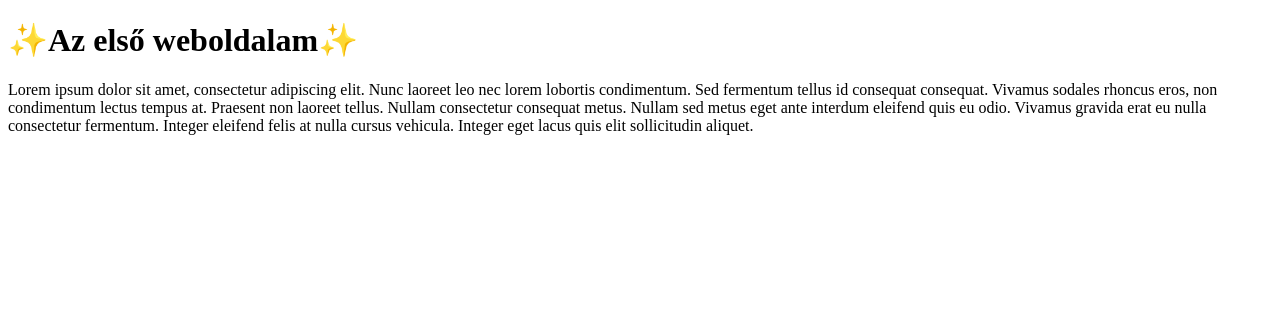
Repository: doomhyena/Web
Page: 03.óra/index.html
The author's editor kept a copy of each file at every save. The page is drawn from the files as they stood at one save, then again after the next save.
The browser window is 1280 px wide. The pictures show the whole page.

Above is the page before, as saved 2024-09-19 12:39:38.

After the next save:
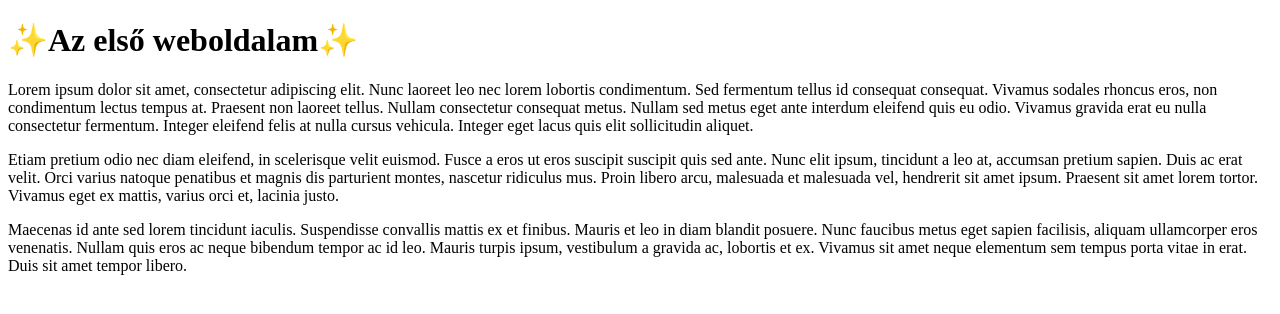
Saved 23 s later.
--- a/03.óra/index.html
+++ b/03.óra/index.html
@@ -11,8 +11,8 @@
    <body>
     <h1>✨Az első weboldalam✨</h1>
     <p>Lorem ipsum dolor sit amet, consectetur adipiscing elit. Nunc laoreet leo nec lorem lobortis condimentum. Sed fermentum tellus id consequat consequat. Vivamus sodales rhoncus eros, non condimentum lectus tempus at. Praesent non laoreet tellus. Nullam consectetur consequat metus. Nullam sed metus eget ante interdum eleifend quis eu odio. Vivamus gravida erat eu nulla consectetur fermentum. Integer eleifend felis at nulla cursus vehicula. Integer eget lacus quis elit sollicitudin aliquet. </p>
-    <p></p>
-    <p></p>
+    <p>Etiam pretium odio nec diam eleifend, in scelerisque velit euismod. Fusce a eros ut eros suscipit suscipit quis sed ante. Nunc elit ipsum, tincidunt a leo at, accumsan pretium sapien. Duis ac erat velit. Orci varius natoque penatibus et magnis dis parturient montes, nascetur ridiculus mus. Proin libero arcu, malesuada et malesuada vel, hendrerit sit amet ipsum. Praesent sit amet lorem tortor. Vivamus eget ex mattis, varius orci et, lacinia justo.</p>
+    <p>Maecenas id ante sed lorem tincidunt iaculis. Suspendisse convallis mattis ex et finibus. Mauris et leo in diam blandit posuere. Nunc faucibus metus eget sapien facilisis, aliquam ullamcorper eros venenatis. Nullam quis eros ac neque bibendum tempor ac id leo. Mauris turpis ipsum, vestibulum a gravida ac, lobortis et ex. Vivamus sit amet neque elementum sem tempus porta vitae in erat. Duis sit amet tempor libero.</p>
     <p></p>
     <p></p>
    </body>
